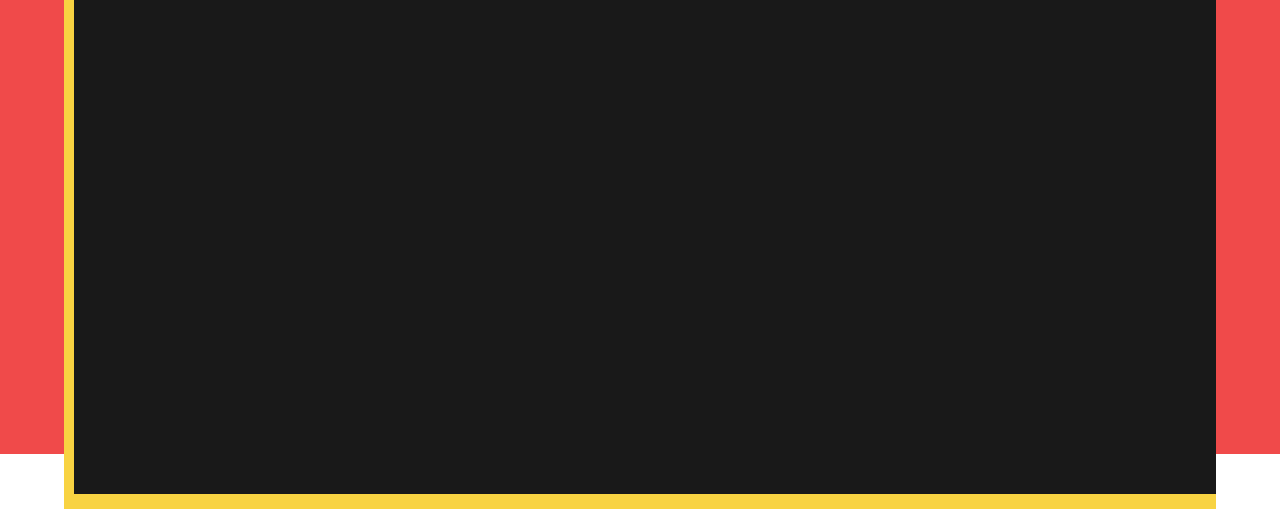
Repository: syedali042/quadacts-cucurico
Page: index.html
The author's editor kept a copy of each file at every save. The page is drawn from the files as they stood at one save, then again after the next save.
The browser window is 1280 px wide. The pictures show the part of the page from y = 1274 to 1783 px (the page is 1783 px tall before and 1743 px after).

Above is the page before, as saved 2021-10-03 23:16:20.

After the next save:
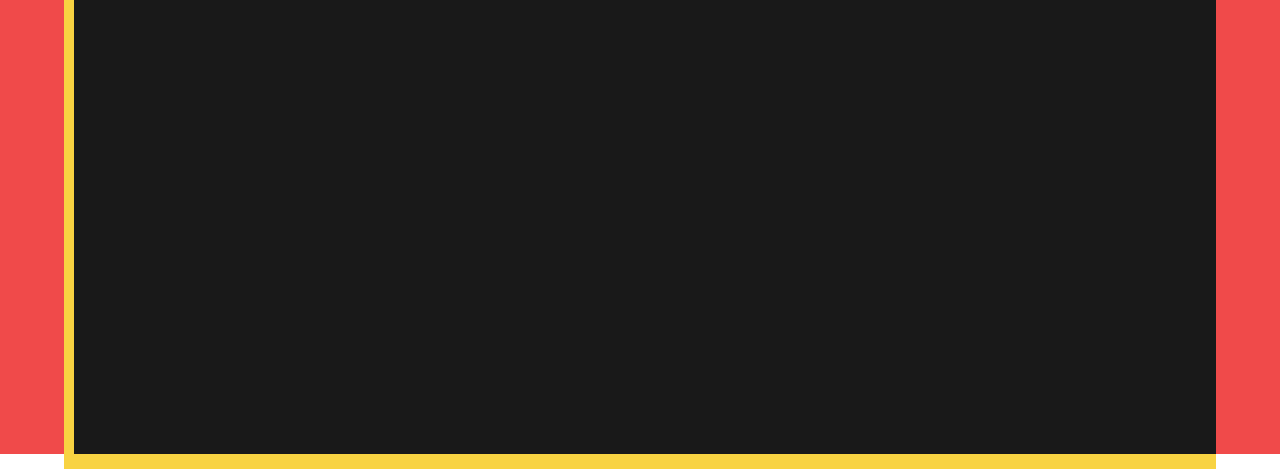
Saved 13 s later.
--- a/index.css
+++ b/index.css
@@ -133,8 +133,6 @@
   }
   .dark-bg{
       display: flex;
-      padding-top: 20px;
-      padding-bottom: 20px;
       align-items: center;
       justify-content: center;
       background-color: #191919;
